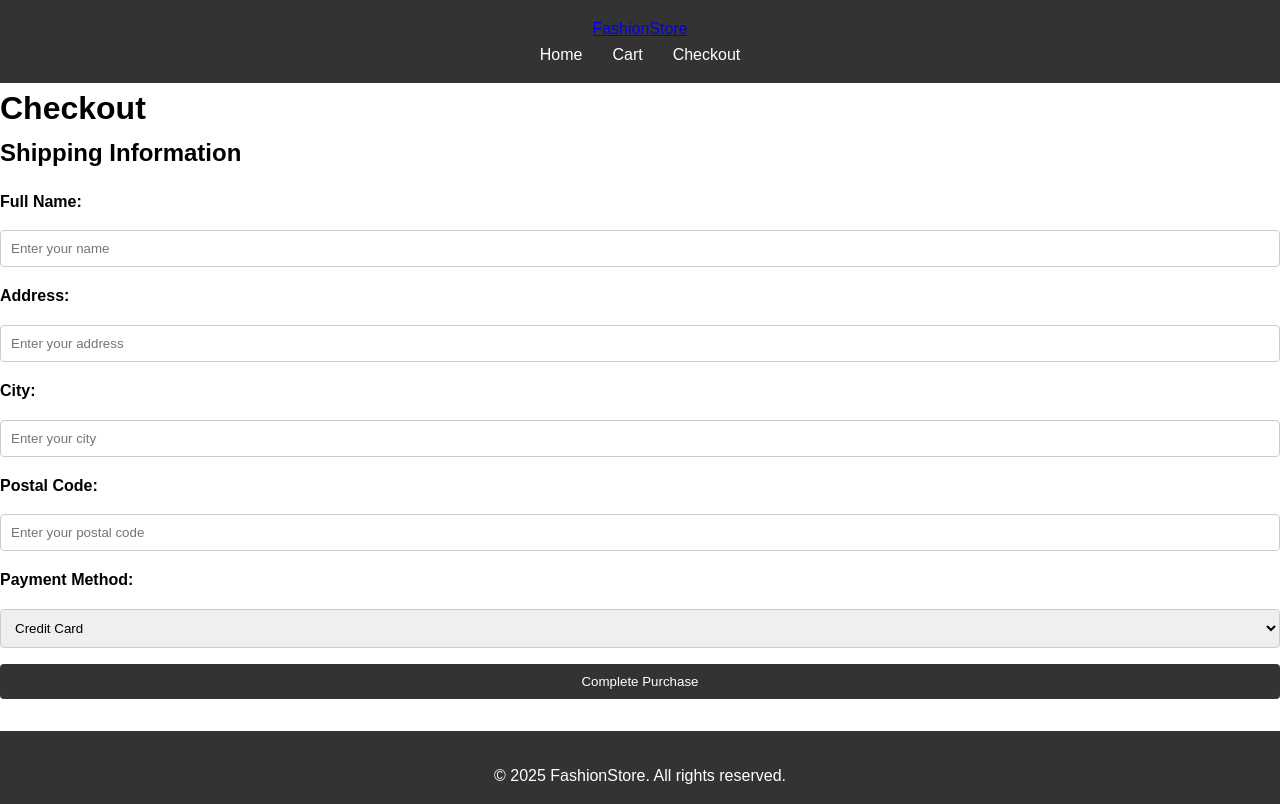
Repository: Patience225/ecommerce-app
Page: checkout.html
The author's editor kept a copy of each file at every save. The page is drawn from the files as they stood at one save, then again after a run of saves.
The browser window is 1280 px wide. The pictures show the whole page.

Above is the page before, as saved 2025-01-30 10:11:53.

After the next 2 saves:
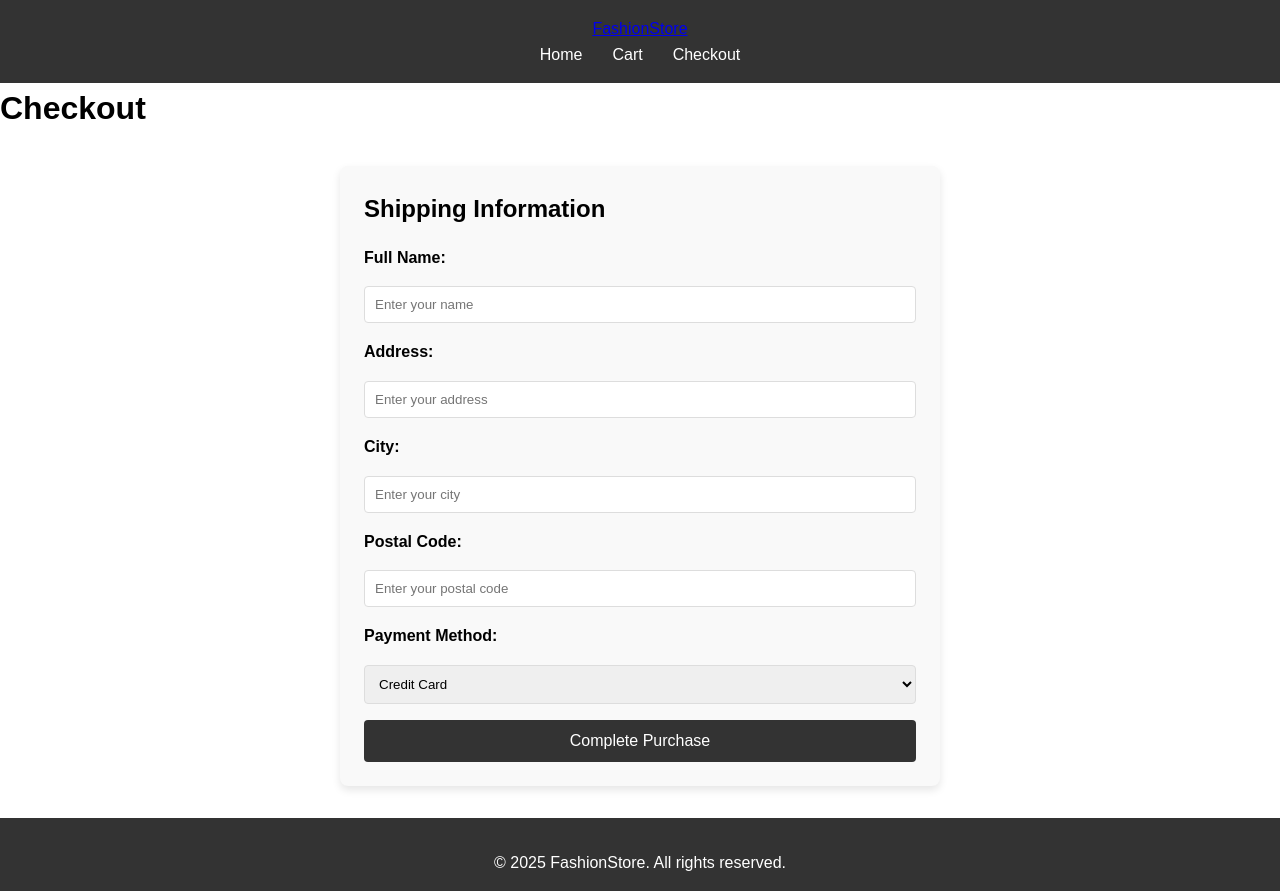
The 2 saves are shown as one change because they came seconds apart.
The last was saved 58 s later.
--- a/css/style.css
+++ b/css/style.css
@@ -244,3 +244,43 @@ p a {
   border: 1px solid #ccc;
   border-radius: 4px;
 }
+
+.checkout-form {
+  max-width: 600px;
+  margin: 2em auto;
+  padding: 1.5em;
+  background-color: #f9f9f9;
+  border-radius: 8px;
+  box-shadow: 0 4px 8px rgba(0, 0, 0, 0.1);
+}
+
+.checkout-form form {
+  display: flex;
+  flex-direction: column;
+  gap: 1em;
+}
+
+.checkout-form label {
+  font-weight: bold;
+}
+
+.checkout-form input,
+.checkout-form select {
+  padding: 0.75em;
+  border: 1px solid #ddd;
+  border-radius: 4px;
+}
+
+.checkout-button {
+  padding: 1em;
+  background-color: #333;
+  color: white;
+  border: none;
+  border-radius: 4px;
+  cursor: pointer;
+  font-size: 1em;
+}
+
+.checkout-button:hover {
+  background-color: #555;
+}
